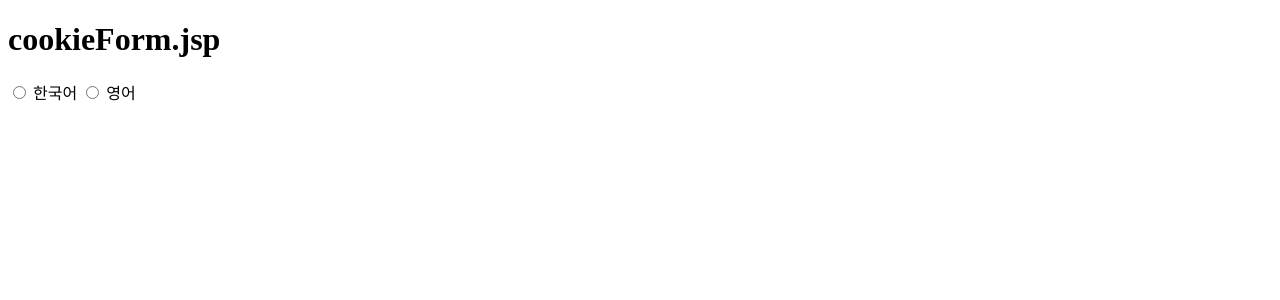
Repository: HeeYoung9/young9
Page: http://localhost/JSP7/jsp/cookieForm.jsp
These files come from the project's save history. The page is drawn as it stood at one moment and after the next save; the edit follows.
The browser window is 1280 px wide. The pictures show the whole page.
The page is served by Tomcat 9.

Above is the page before, as saved 2023-08-25 00:31:26.

### JSP7/src/main/webapp/jsp/cookieForm.jsp
<%@ page language="java" contentType="text/html; charset=UTF-8"
    pageEncoding="UTF-8"%>
<!DOCTYPE html>
<html>
<head>
<meta charset="UTF-8">
<title>cookieForm.jsp</title>
</head>
<body>

<h1>cookieForm.jsp</h1>

<form action="">
	<input type="radio" name="language" value="kr"> 한국어
	<input type="radio" name="language" value="en"> 영어

</form>

</body>
</html>

After the next save:
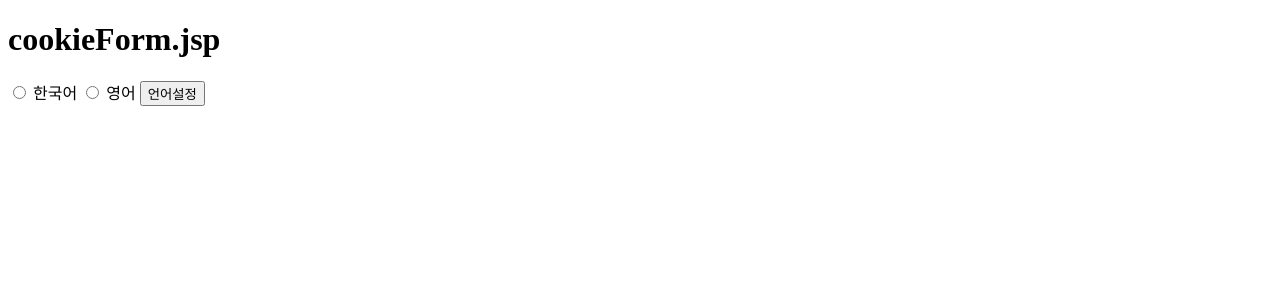
Saved 53 s later.
--- a/JSP7/src/main/webapp/jsp/cookieForm.jsp
+++ b/JSP7/src/main/webapp/jsp/cookieForm.jsp
@@ -13,6 +13,7 @@
 <form action="">
 	<input type="radio" name="language" value="kr"> 한국어
 	<input type="radio" name="language" value="en"> 영어
+	<input type="submit" value="언어설정">
 
 </form>
 
